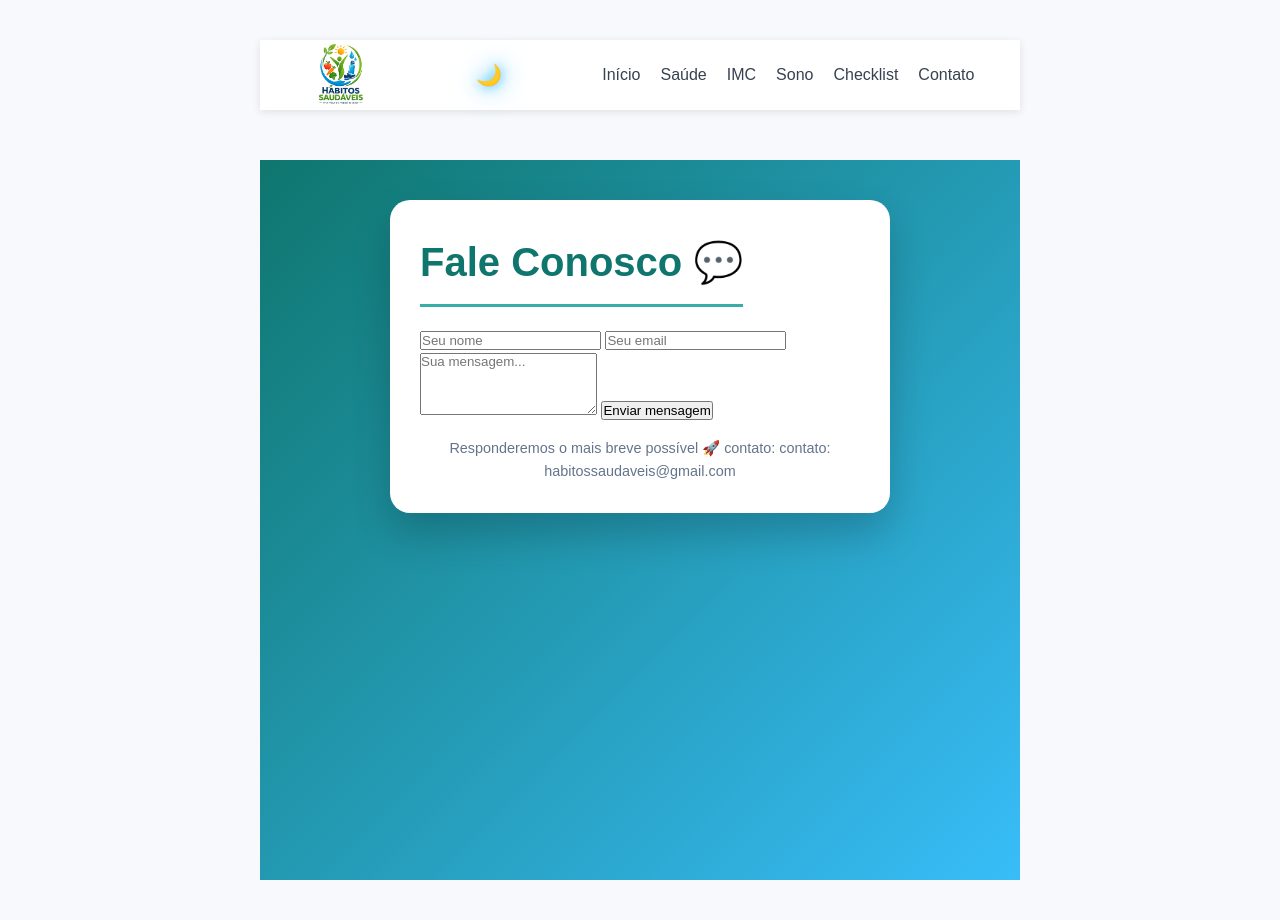
Repository: habitos2026/projetointegrador2026
Page: contato.html
The author's editor kept a copy of each file at every save. The page is drawn from the files as they stood at one save, then again after the next save.
The browser window is 1280 px wide. The pictures show the whole page.

Above is the page before, as saved 2026-06-10 23:05:54.

After the next save:
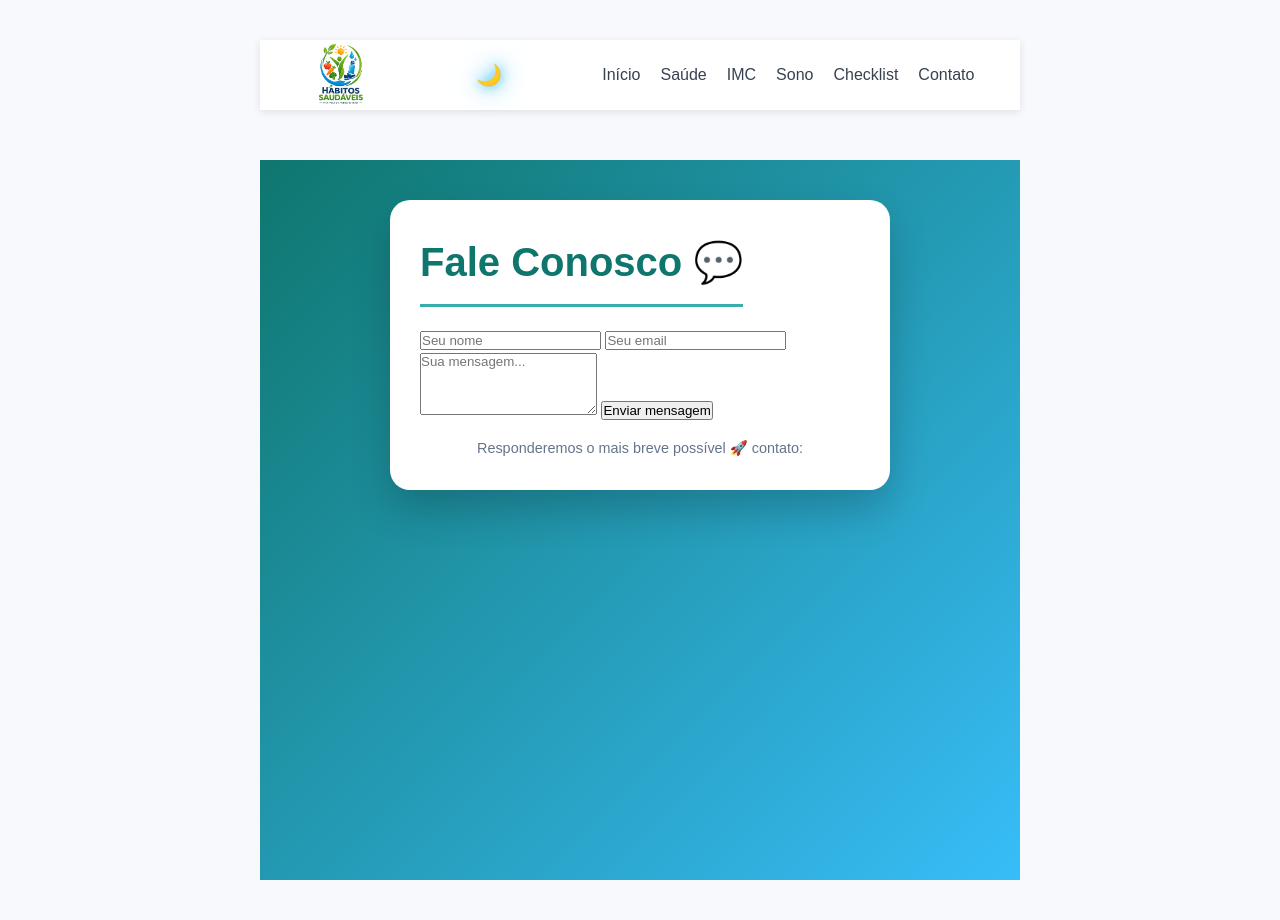
Saved 6 s later.
--- a/contato.html
+++ b/contato.html
@@ -176,7 +176,7 @@
         <div class="info">
             Responderemos o mais breve possível 🚀  contato:
 
-                    contato: habitossaudaveis@gmail.com
+
 
         </div>
     </div>

After the save that followed:
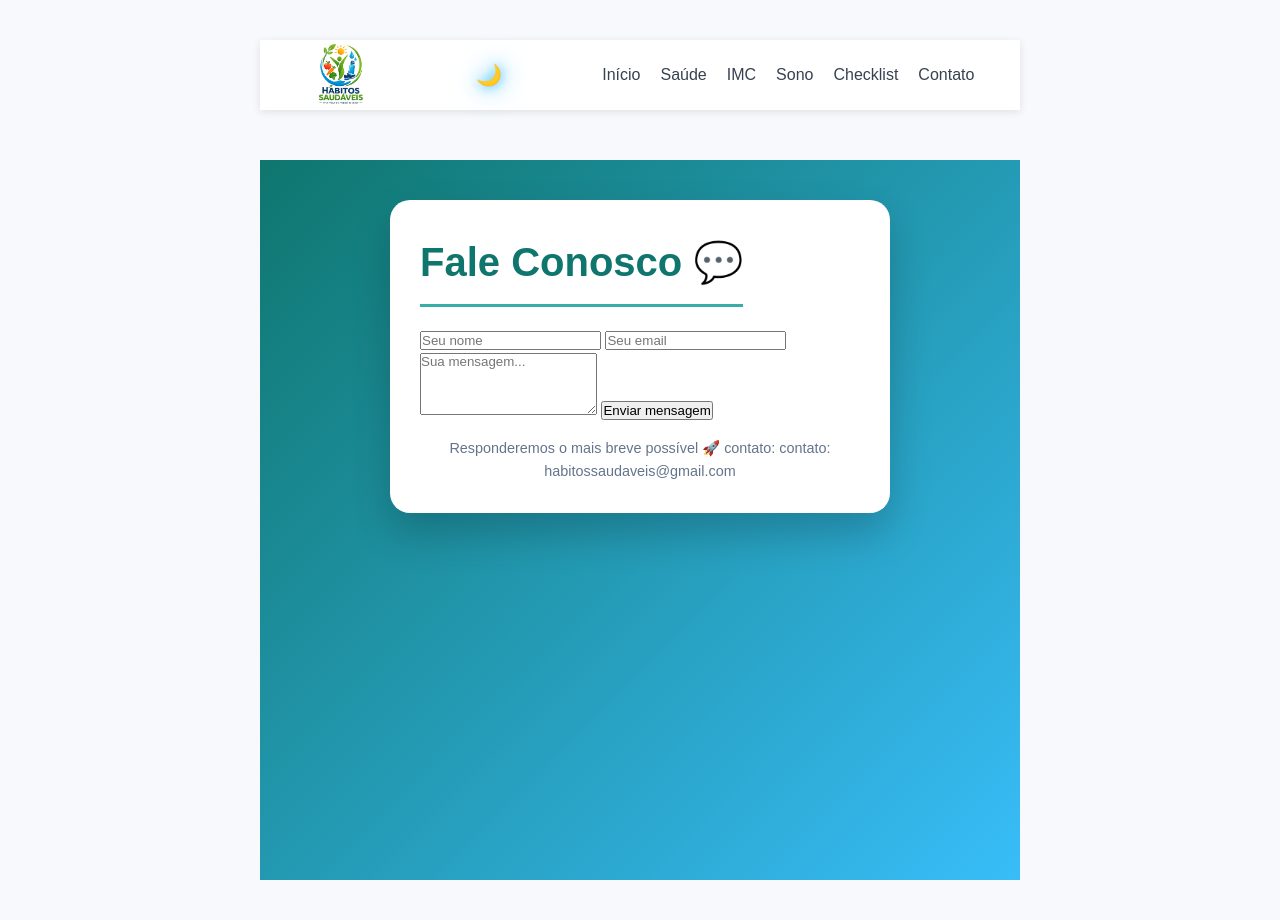
Saved 4 s later.
--- a/contato.html
+++ b/contato.html
@@ -174,7 +174,7 @@
         </form>
 
         <div class="info">
-            Responderemos o mais breve possível 🚀  contato:
+            Responderemos o mais breve possível 🚀  contato: contato: habitossaudaveis@gmail.com
 
 
 
